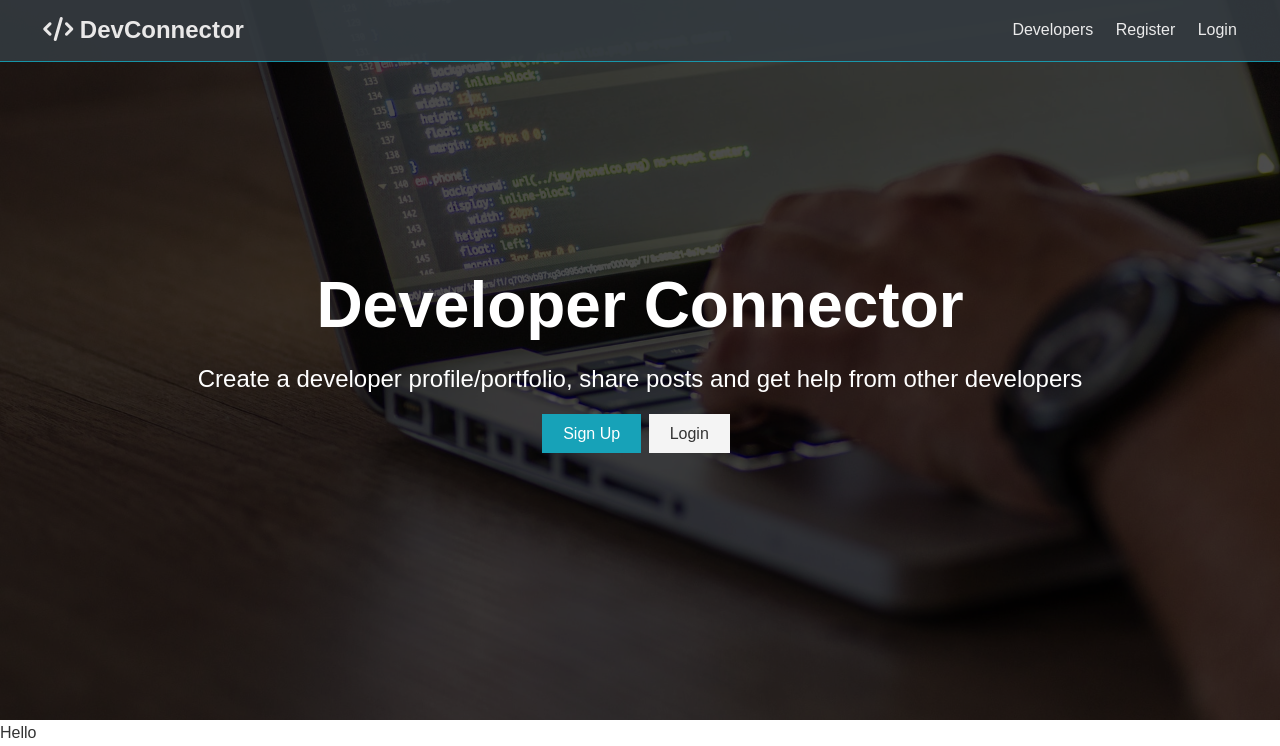
Repository: priyavmehta/Developers
Page: / (app in client/)
The author's editor kept a copy of each file at every save. The page is drawn from the files as they stood at one save, then again after the next save.
The browser window is 1280 px wide. The pictures show the whole page.
Some web libraries are served in a nearby version. The project was rebuilt for these pictures with package versions that can differ from the ones it lists, and the page was loaded fresh each time.

Above is the page before, as saved 2020-12-07 13:11:05.

After the next save:
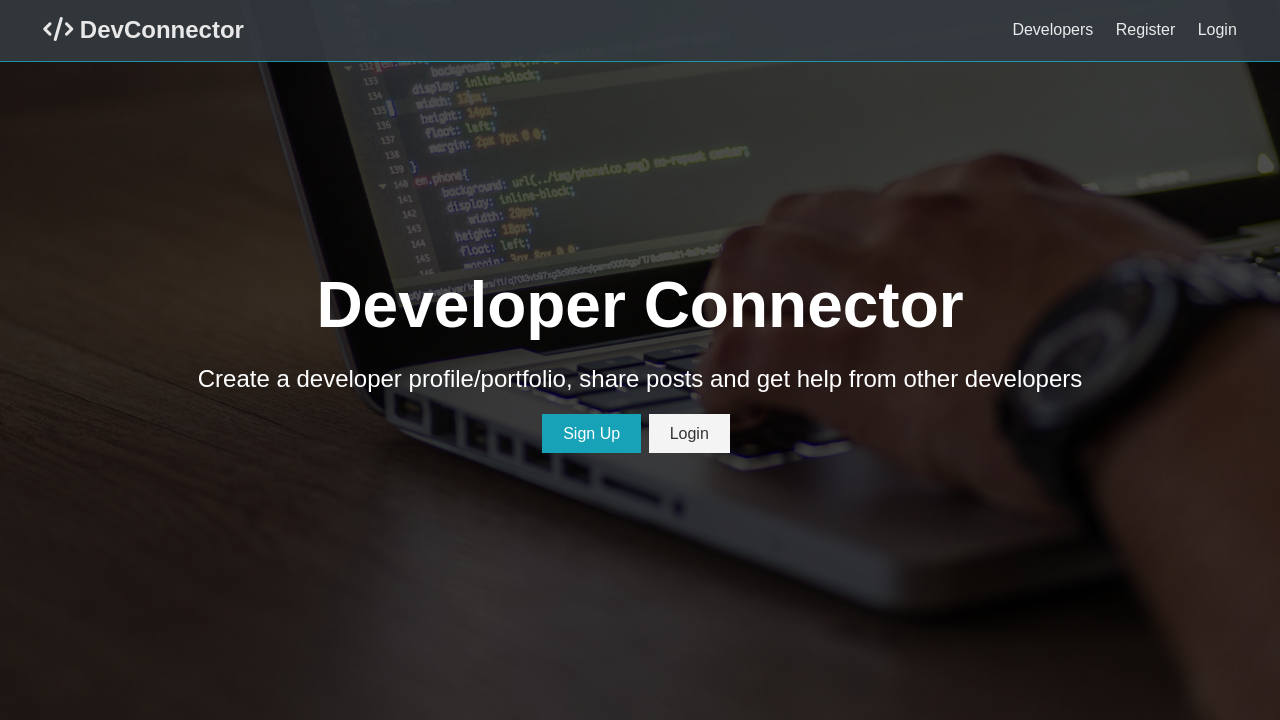
Saved 13 s later.
--- a/client/src/App.js
+++ b/client/src/App.js
@@ -7,7 +7,6 @@ const App = () => {
     <div>
       <Navbar/>
       <Landing/>
-      Hello
     </div>
   );
 }
